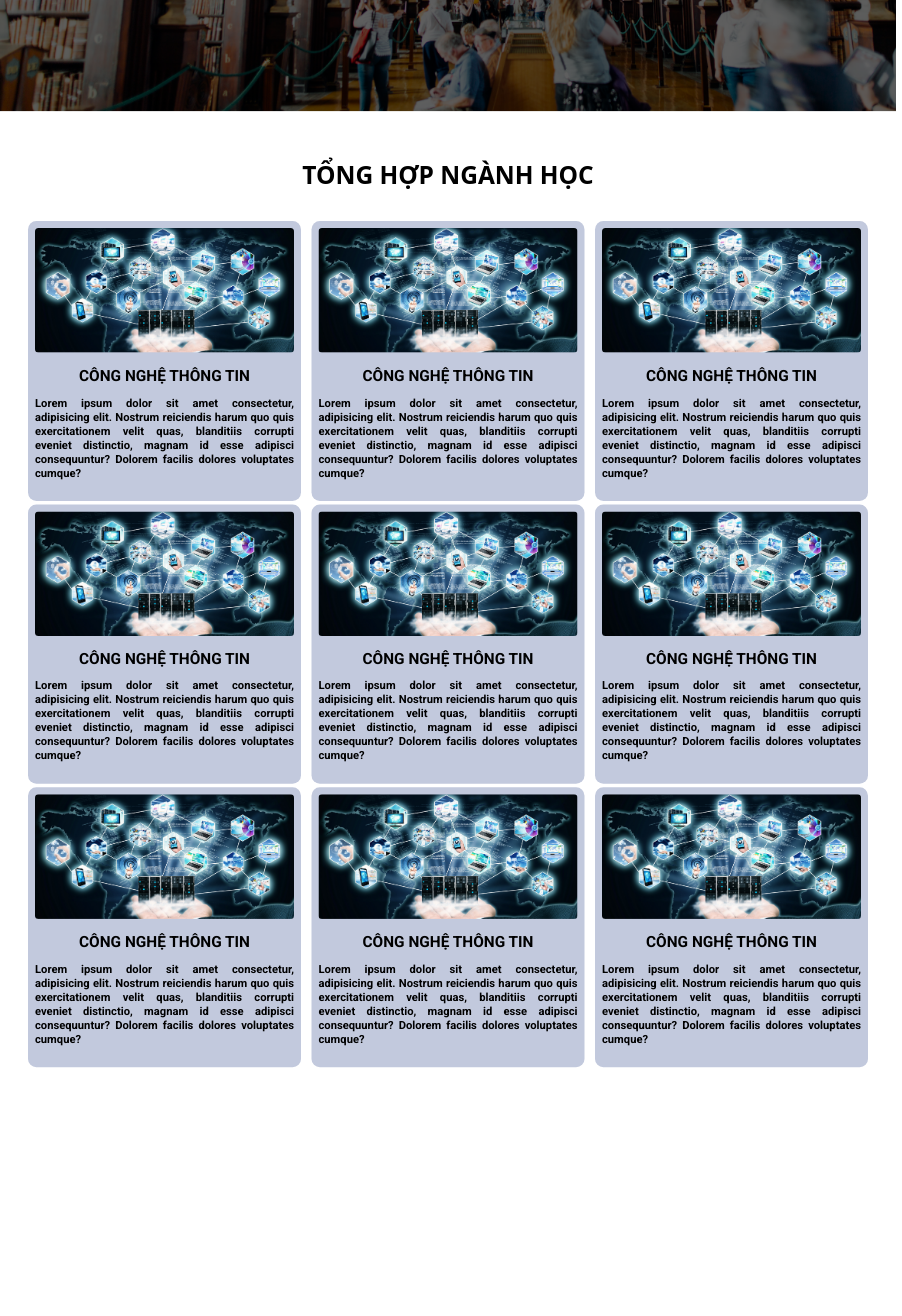
Repository: hongphuck1/trangweb1
Page: index.html
An editor plug-in stored every save of this project. The page is shown before and after the next save, followed by the edit.
The browser window is 1280 px wide. The page is 1288 px wide, so the pictures cover 1288 px, including what lies to the right of the window. The pictures show the part of the page from y = 1764 to 3644 px (the page is 4941 px tall), at 70% of full size.

Above is the page before, as saved 2021-09-07 02:05:18.

After the next save:
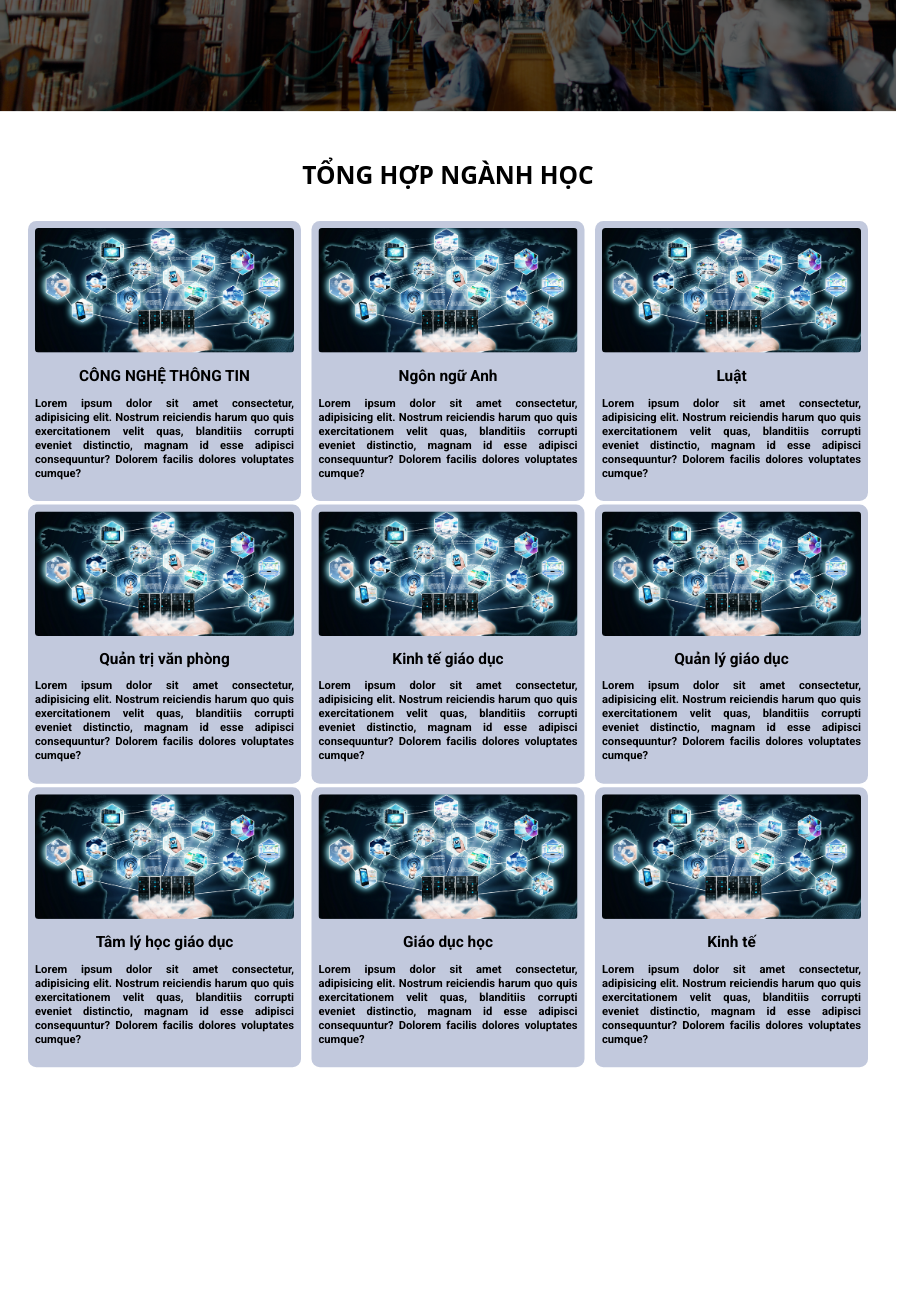
Saved 103 s later.
--- a/index.html
+++ b/index.html
@@ -242,16 +242,16 @@
             <div class="col l-4">
               <div class="container-body-subject">
                 <img src="img/congnghethongtin.png" alt="">
-                <h2>CÔNG NGHỆ THÔNG TIN</h2>
-                <h4>Lorem ipsum dolor sit amet consectetur, adipisicing elit. Nostrum reiciendis harum quo quis
-                  exercitationem velit quas, blanditiis corrupti eveniet distinctio, magnam id esse adipisci
-                  consequuntur? Dolorem facilis dolores voluptates cumque?</h4>
-              </div>
-            </div>
-            <div class="col l-4">
-              <div class="container-body-subject">
-                <img src="img/congnghethongtin.png" alt="">
-                <h2>CÔNG NGHỆ THÔNG TIN</h2>
+                <h2>Ngôn ngữ Anh</h2>
+                <h4>Lorem ipsum dolor sit amet consectetur, adipisicing elit. Nostrum reiciendis harum quo quis
+                  exercitationem velit quas, blanditiis corrupti eveniet distinctio, magnam id esse adipisci
+                  consequuntur? Dolorem facilis dolores voluptates cumque?</h4>
+              </div>
+            </div>
+            <div class="col l-4">
+              <div class="container-body-subject">
+                <img src="img/congnghethongtin.png" alt="">
+                <h2>Luật</h2>
                 <h4>Lorem ipsum dolor sit amet consectetur, adipisicing elit. Nostrum reiciendis harum quo quis
                   exercitationem velit quas, blanditiis corrupti eveniet distinctio, magnam id esse adipisci
                   consequuntur? Dolorem facilis dolores voluptates cumque?</h4>
@@ -263,25 +263,26 @@
             <div class="col l-4">
               <div class="container-body-subject">
                 <img src="img/congnghethongtin.png" alt="">
-                <h2>CÔNG NGHỆ THÔNG TIN</h2>
-                <h4>Lorem ipsum dolor sit amet consectetur, adipisicing elit. Nostrum reiciendis harum quo quis
-                  exercitationem velit quas, blanditiis corrupti eveniet distinctio, magnam id esse adipisci
-                  consequuntur? Dolorem facilis dolores voluptates cumque?</h4>
-              </div>
-            </div>
-            <div class="col l-4">
-              <div class="container-body-subject">
-                <img src="img/congnghethongtin.png" alt="">
-                <h2>CÔNG NGHỆ THÔNG TIN</h2>
-                <h4>Lorem ipsum dolor sit amet consectetur, adipisicing elit. Nostrum reiciendis harum quo quis
-                  exercitationem velit quas, blanditiis corrupti eveniet distinctio, magnam id esse adipisci
-                  consequuntur? Dolorem facilis dolores voluptates cumque?</h4>
-              </div>
-            </div>
-            <div class="col l-4">
-              <div class="container-body-subject">
-                <img src="img/congnghethongtin.png" alt="">
-                <h2>CÔNG NGHỆ THÔNG TIN</h2>
+                <h2>Quản trị văn phòng</h2>
+                <h4>Lorem ipsum dolor sit amet consectetur, adipisicing elit. Nostrum reiciendis harum quo quis
+                  exercitationem velit quas, blanditiis corrupti eveniet distinctio, magnam id esse adipisci
+                  consequuntur? Dolorem facilis dolores voluptates cumque?</h4>
+              </div>
+            </div>
+            <div class="col l-4">
+              <div class="container-body-subject">
+                <img src="img/congnghethongtin.png" alt="">
+                <h2>Kinh tế giáo dục</h2>
+                <h4>Lorem ipsum dolor sit amet consectetur, adipisicing elit. Nostrum reiciendis harum quo quis
+                  exercitationem velit quas, blanditiis corrupti eveniet distinctio, magnam id esse adipisci
+                  consequuntur? Dolorem facilis dolores voluptates cumque?</h4>
+              </div>
+            </div>
+            <div class="col l-4">
+              <div class="container-body-subject">
+                <img src="img/congnghethongtin.png" alt="">
+                <h2>
+                  Quản lý giáo dục</h2>
                 <h4>Lorem ipsum dolor sit amet consectetur, adipisicing elit. Nostrum reiciendis harum quo quis
                   exercitationem velit quas, blanditiis corrupti eveniet distinctio, magnam id esse adipisci
                   consequuntur? Dolorem facilis dolores voluptates cumque?</h4>
@@ -293,25 +294,25 @@
             <div class="col l-4">
               <div class="container-body-subject">
                 <img src="img/congnghethongtin.png" alt="">
-                <h2>CÔNG NGHỆ THÔNG TIN</h2>
-                <h4>Lorem ipsum dolor sit amet consectetur, adipisicing elit. Nostrum reiciendis harum quo quis
-                  exercitationem velit quas, blanditiis corrupti eveniet distinctio, magnam id esse adipisci
-                  consequuntur? Dolorem facilis dolores voluptates cumque?</h4>
-              </div>
-            </div>
-            <div class="col l-4">
-              <div class="container-body-subject">
-                <img src="img/congnghethongtin.png" alt="">
-                <h2>CÔNG NGHỆ THÔNG TIN</h2>
-                <h4>Lorem ipsum dolor sit amet consectetur, adipisicing elit. Nostrum reiciendis harum quo quis
-                  exercitationem velit quas, blanditiis corrupti eveniet distinctio, magnam id esse adipisci
-                  consequuntur? Dolorem facilis dolores voluptates cumque?</h4>
-              </div>
-            </div>
-            <div class="col l-4">
-              <div class="container-body-subject">
-                <img src="img/congnghethongtin.png" alt="">
-                <h2>CÔNG NGHỆ THÔNG TIN</h2>
+                <h2>Tâm lý học giáo dục</h2>
+                <h4>Lorem ipsum dolor sit amet consectetur, adipisicing elit. Nostrum reiciendis harum quo quis
+                  exercitationem velit quas, blanditiis corrupti eveniet distinctio, magnam id esse adipisci
+                  consequuntur? Dolorem facilis dolores voluptates cumque?</h4>
+              </div>
+            </div>
+            <div class="col l-4">
+              <div class="container-body-subject">
+                <img src="img/congnghethongtin.png" alt="">
+                <h2>Giáo dục học</h2>
+                <h4>Lorem ipsum dolor sit amet consectetur, adipisicing elit. Nostrum reiciendis harum quo quis
+                  exercitationem velit quas, blanditiis corrupti eveniet distinctio, magnam id esse adipisci
+                  consequuntur? Dolorem facilis dolores voluptates cumque?</h4>
+              </div>
+            </div>
+            <div class="col l-4">
+              <div class="container-body-subject">
+                <img src="img/congnghethongtin.png" alt="">
+                <h2>Kinh tế</h2>
                 <h4>Lorem ipsum dolor sit amet consectetur, adipisicing elit. Nostrum reiciendis harum quo quis
                   exercitationem velit quas, blanditiis corrupti eveniet distinctio, magnam id esse adipisci
                   consequuntur? Dolorem facilis dolores voluptates cumque?</h4>
